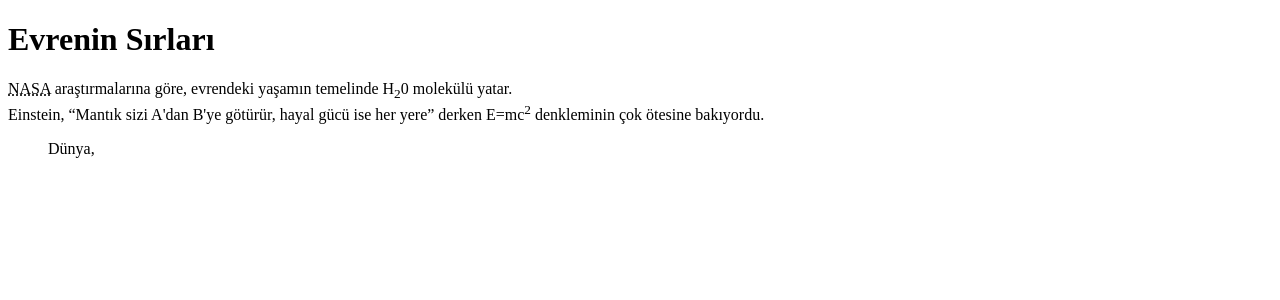
Repository: BeritanBlgn/web-yazilim-muhendisligi
Page: Modul_1/Ders_3/1.3.6_gorev1.html
An editor plug-in stored every save of this project. The page is shown before and after a run of saves, followed by the edit.
The browser window is 1280 px wide. The pictures show the whole page.

Above is the page before, as saved 2026-10-09 22:25:12.

### Modul_1/Ders_3/1.3.6_gorev1.html
<!DOCTYPE html>
<html lang="tr">
<head>
    <meta charset="UTF-8">
    <meta name="viewport" content="width=device-width, initial-scale=1.0">
    <title>Document</title>
</head>
<body>
    <h1>
        Evrenin Sırları
    </h1>
    <p>
        <abbr title="Evrenin Sırları">NASA</abbr>
        araştırmalarına göre, evrendeki yaşamın temelinde H<sub>2</sub>0 molekülü yatar. <br>
        Einstein, <q>Mantık sizi A'dan B'ye götürür, hayal gücü ise her yere</q>
        derken E=mc<sup>2</sup> denkleminin çok ötesine bakıyordu.

    </p>
    <blockquote cite="https://tr.wikipedia.org/wiki/Carl_Sagan">
        Dünya,
    </blockquote>

</body>
</html>

After the next 4 saves:
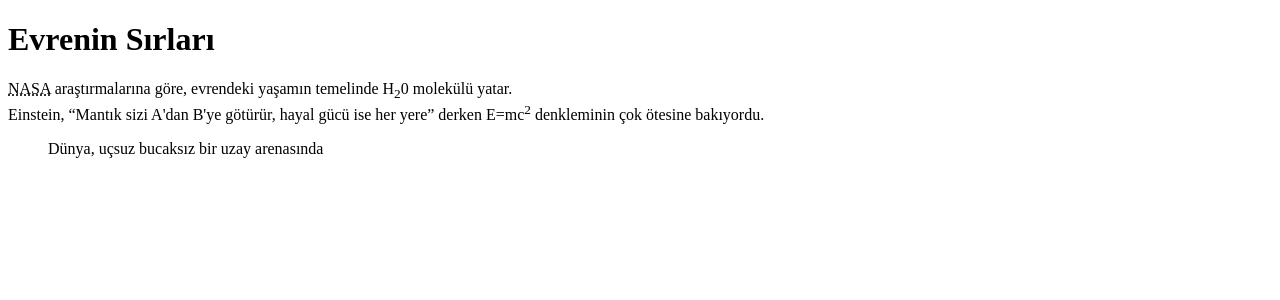
The 4 saves are shown as one change because they came seconds apart.
The last was saved 12 s later.
--- a/Modul_1/Ders_3/1.3.6_gorev1.html
+++ b/Modul_1/Ders_3/1.3.6_gorev1.html
@@ -17,7 +17,7 @@
 
     </p>
     <blockquote cite="https://tr.wikipedia.org/wiki/Carl_Sagan">
-        Dünya,
+        Dünya, uçsuz bucaksız bir uzay arenasında
     </blockquote>
 
 </body>
